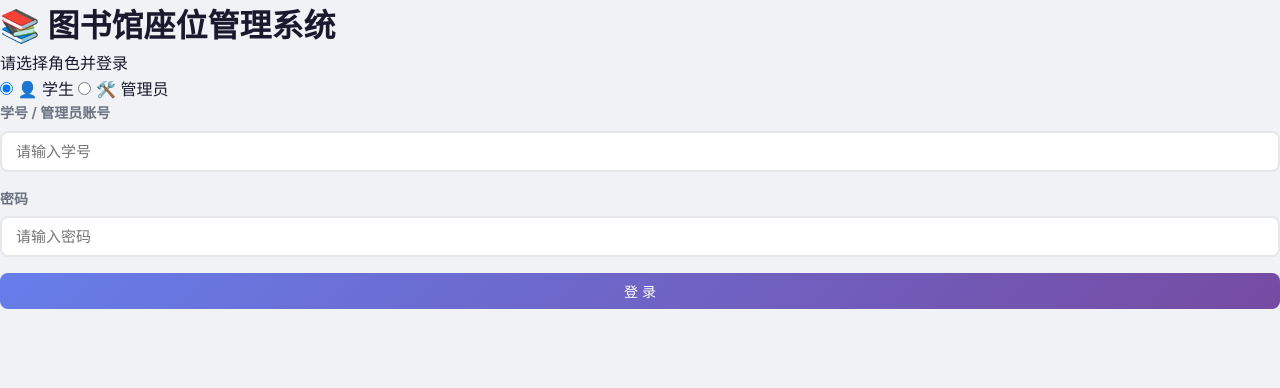
Repository: kinyono/library_seat_system
Page: index.html
The author's editor kept a copy of each file at every save. The page is drawn from the files as they stood at one save, then again after the next save.
The browser window is 1280 px wide. The pictures show the whole page.

Above is the page before, as saved 2026-09-24 10:31:19.

### index.html
<!DOCTYPE html>
<html lang="zh-CN">
<head>
    <meta charset="UTF-8">
    <meta name="viewport" content="width=device-width, initial-scale=1.0">
    <title>图书馆座位管理系统 - 登录</title>
    <link rel="stylesheet" href="css/style.css">
    <link rel="stylesheet" href="css/login.css">
</head>
<body>
    <div class="login-container">
        <div class="login-card">
            <div class="login-header">
                <h1>📚 图书馆座位管理系统</h1>
                <p>请选择角色并登录</p>
            </div>
            <form id="loginForm">
                <div class="role-selector">
                    <label class="role-option">
                        <input type="radio" name="role" value="student" checked>
                        <span>👤 学生</span>
                    </label>
                    <label class="role-option">
                        <input type="radio" name="role" value="admin">
                        <span>🛠️ 管理员</span>
                    </label>
                </div>
                <div class="form-group">
                    <label for="studentId">学号 / 管理员账号</label>
                    <input type="text" id="studentId" class="form-control" placeholder="请输入学号" required>
                </div>
                <div class="form-group">
                    <label for="password">密码</label>
                    <input type="password" id="password" class="form-control" placeholder="请输入密码" required>
                </div>
                <button type="submit" class="btn btn-primary btn-block">登 录</button>
            </form>
        </div>
    </div>
    <script src="js/app.js"></script>
</body>
</html>

### css/style.css
/* ===== Design Tokens ===== */
:root {
    --primary: #667eea;
    --secondary: #764ba2;
    --accent: #f093fb;
    --bg-light: #f0f2f5;
    --bg-white: #ffffff;
    --text-primary: #1a1a2e;
    --text-secondary: #6b7280;
    --border-color: #e5e7eb;
    --success: #22c55e;
    --warning: #f59e0b;
    --danger: #ef4444;
    --info: #3b82f6;
    --radius-sm: 8px;
    --radius-md: 12px;
    --radius-lg: 20px;
    --shadow-sm: 0 2px 8px rgba(0,0,0,0.06);
    --shadow-md: 0 8px 30px rgba(0,0,0,0.12);
    --shadow-lg: 0 20px 60px rgba(0,0,0,0.2);
    --transition: all 0.3s ease;
}

* {
    margin: 0;
    padding: 0;
    box-sizing: border-box;
}

body {
    font-family: -apple-system, BlinkMacSystemFont, 'Segoe UI', Roboto, 'Helvetica Neue', Arial, sans-serif;
    background: var(--bg-light);
    color: var(--text-primary);
    line-height: 1.6;
}

a {
    text-decoration: none;
    color: inherit;
}

/* ===== 通用按钮 ===== */
.btn {
    display: inline-block;
    padding: 8px 18px;
    border: none;
    border-radius: var(--radius-sm);
    cursor: pointer;
    font-size: 14px;
    font-weight: 500;
    transition: var(--transition);
    text-align: center;
}
.btn-primary {
    background: linear-gradient(135deg, var(--primary), var(--secondary));
    color: #fff;
}
.btn-primary:hover {
    transform: translateY(-2px);
    box-shadow: var(--shadow-md);
}
.btn-danger {
    background: var(--danger);
    color: #fff;
}
.btn-danger:hover {
    background: #dc2626;
}
.btn-success {
    background: var(--success);
    color: #fff;
}
.btn-success:hover {
    background: #16a34a;
}
.btn-warning {
    background: var(--warning);
    color: #fff;
}
.btn-warning:hover {
    background: #d97706;
}
.btn-info {
    background: var(--info);
    color: #fff;
}
.btn-info:hover {
    background: #2563eb;
}

/* ===== 表单 ===== */
.form-group {
    margin-bottom: 16px;
}
.form-group label {
    display: block;
    font-size: 14px;
    font-weight: 600;
    margin-bottom: 6px;
    color: var(--text-secondary);
}
.form-control {
    width: 100%;
    padding: 10px 14px;
    border: 2px solid var(--border-color);
    border-radius: var(--radius-sm);
    font-size: 15px;
    transition: var(--transition);
    outline: none;
    background: var(--bg-white);
}
.form-control:focus {
    border-color: var(--primary);
    box-shadow: 0 0 0 3px rgba(102,126,234,0.15);
}
select.form-control {
    appearance: auto;
}

### css/login.css
:root {
    --primary: #667eea;
    --secondary: #764ba2;
    --accent: #f093fb;
    --bg-light: #f0f2f5;
    --bg-white: #ffffff;
    --text-primary: #1a1a2e;
    --text-secondary: #6b7280;
    --border-color: #e5e7eb;
    --success: #22c55e;
    --warning: #f59e0b;
    --danger: #ef4444;
    --info: #3b82f6;
    --radius-sm: 8px;
    --radius-md: 12px;
    --radius-lg: 20px;
    --shadow-sm: 0 2px 8px rgba(0,0,0,0.06);
    --shadow-md: 0 8px 30px rgba(0,0,0,0.12);
    --shadow-lg: 0 20px 60px rgba(0,0,0,0.2);
    --transition: all 0.3s ease;
}

* { margin: 0; padding: 0; box-sizing: border-box; }
body { font-family: -apple-system, BlinkMacSystemFont, 'Segoe UI', Roboto, sans-serif; background: var(--bg-light); color: var(--text-primary); line-height: 1.6; }
a { text-decoration: none; color: inherit; }
.btn { display: inline-block; padding: 8px 18px; border: none; border-radius: var(--radius-sm); cursor: pointer; font-size: 14px; font-weight: 500; transition: var(--transition); text-align: center; }
.btn-primary { background: linear-gradient(135deg, var(--primary), var(--secondary)); color: #fff; }
.btn-primary:hover { transform: translateY(-2px); box-shadow: var(--shadow-md); }
.btn-danger { background: var(--danger); color: #fff; }
.btn-danger:hover { background: #dc2626; }
.btn-success { background: var(--success); color: #fff; }
.btn-success:hover { background: #16a34a; }
.btn-warning { background: var(--warning); color: #fff; }
.btn-warning:hover { background: #d97706; }
.btn-info { background: var(--info); color: #fff; }
.btn-info:hover { background: #2563eb; }
.btn-block { width: 100%; }
.form-group { margin-bottom: 16px; }
.form-group label { display: block; font-size: 14px; font-weight: 600; margin-bottom: 6px; color: var(--text-secondary); }
.form-control { width: 100%; padding: 10px 14px; border: 2px solid var(--border-color); border-radius: var(--radius-sm); font-size: 15px; transition: var(--transition); outline: none; background: var(--bg-white); }
.form-control:focus { border-color: var(--primary); box-shadow: 0 0 0 3px rgba(102,126,234,0.15); }
select.form-control { appearance: auto; }

### js/app.js
document.getElementById('loginForm').addEventListener('submit', function (e) {
  e.preventDefault();

  const role = document.querySelector('input[name="role"]:checked').value;
  const account = document.getElementById('studentId').value.trim();
  const password = document.getElementById('password').value.trim();

  if (!account || !password) {
    alert('请填写账号和密码');
    return;
  }

  // 管理员登录
  if (role === 'admin') {
    if (account === 'admin' && password === 'admin123') {
      const adminUser = {
        id: 0,
        name: '管理员',
        studentId: 'admin',
        credit: 100,
        banned: false,
        role: 'admin'
      };
      localStorage.setItem('currentUser', JSON.stringify(adminUser));
      window.location.href = 'admin.html';
    } else {
      alert('管理员账号或密码错误');
    }
    return;
  }

  // 学生登录
  let users = [];
  try { users = JSON.parse(localStorage.getItem('lib_users')) || []; } catch (_) { users = []; }
  let user = users.find(u => u.studentId === account);
  if (!user) {
    user = {
      id: Date.now(),
      name: '用户' + account.slice(-4),
      studentId: account,
      credit: 100,
      banned: false,
      role: 'student'
    };
    users.push(user);
    localStorage.setItem('lib_users', JSON.stringify(users));
  }
  if (user.banned) {
    alert('该账号已被封禁，请联系管理员');
    return;
  }

  localStorage.setItem('currentUser', JSON.stringify(user));
  window.location.href = 'pages/dashboard.html';
});

After the next save:
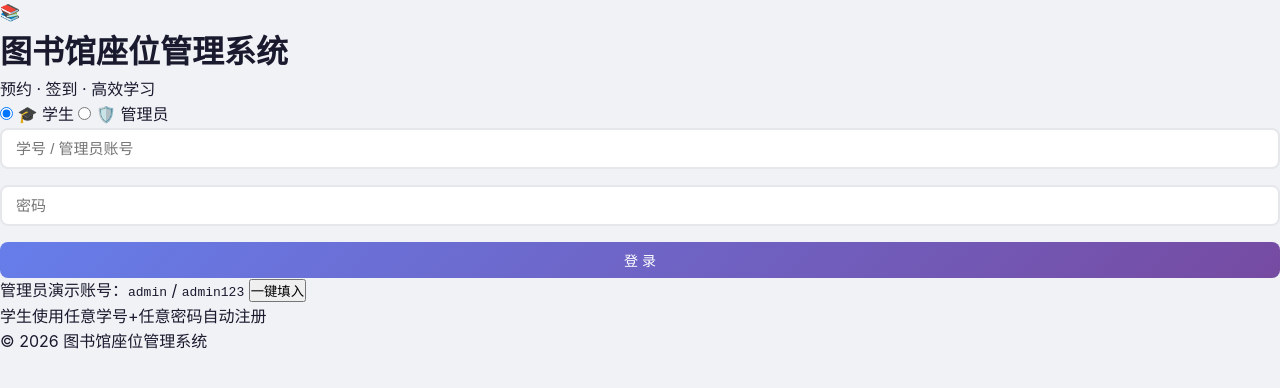
Saved 100 s later.
--- a/index.html
+++ b/index.html
@@ -3,40 +3,65 @@
 <head>
     <meta charset="UTF-8">
     <meta name="viewport" content="width=device-width, initial-scale=1.0">
-    <title>图书馆座位管理系统 - 登录</title>
+    <title>图书馆座位管理系统</title>
     <link rel="stylesheet" href="css/style.css">
     <link rel="stylesheet" href="css/login.css">
 </head>
 <body>
+    <div class="login-bg"></div>
     <div class="login-container">
         <div class="login-card">
-            <div class="login-header">
-                <h1>📚 图书馆座位管理系统</h1>
-                <p>请选择角色并登录</p>
+            <div class="login-brand">
+                <div class="brand-logo">📚</div>
+                <h1>图书馆座位管理系统</h1>
+                <div class="brand-sub">预约 · 签到 · 高效学习</div>
             </div>
-            <form id="loginForm">
-                <div class="role-selector">
-                    <label class="role-option">
-                        <input type="radio" name="role" value="student" checked>
-                        <span>👤 学生</span>
-                    </label>
-                    <label class="role-option">
-                        <input type="radio" name="role" value="admin">
-                        <span>🛠️ 管理员</span>
-                    </label>
+
+            <!-- 角色切换 -->
+            <div class="role-switch" id="roleSwitch">
+                <label class="role-option active" data-role="student">
+                    <input type="radio" name="role" value="student" checked>
+                    <span>🎓 学生</span>
+                </label>
+                <label class="role-option" data-role="admin">
+                    <input type="radio" name="role" value="admin">
+                    <span>🛡️ 管理员</span>
+                </label>
+            </div>
+
+            <!-- 错误提示 -->
+            <div class="login-error" id="loginError" style="display:none;"></div>
+
+            <!-- 登录表单 -->
+            <form id="loginForm" autocomplete="off">
+                <div class="form-group">
+                    <div class="input-wrap">
+                        <input type="text" id="username" class="form-control" placeholder="学号 / 管理员账号" required>
+                    </div>
                 </div>
                 <div class="form-group">
-                    <label for="studentId">学号 / 管理员账号</label>
-                    <input type="text" id="studentId" class="form-control" placeholder="请输入学号" required>
+                    <div class="input-wrap">
+                        <input type="password" id="password" class="form-control" placeholder="密码" required>
+                    </div>
                 </div>
-                <div class="form-group">
-                    <label for="password">密码</label>
-                    <input type="password" id="password" class="form-control" placeholder="请输入密码" required>
-                </div>
-                <button type="submit" class="btn btn-primary btn-block">登 录</button>
+                <button type="submit" class="btn btn-primary btn-block btn-login" id="loginBtn">
+                    登 录
+                </button>
             </form>
+
+            <!-- 演示提示 -->
+            <div class="demo-tip">
+                管理员演示账号：<code>admin</code> / <code>admin123</code>
+                <button class="demo-fill" onclick="fillDemo()">一键填入</button>
+            </div>
+
+            <div class="login-footer">
+                <div>学生使用任意学号+任意密码自动注册</div>
+                <div class="copyright">&copy; 2026 图书馆座位管理系统</div>
+            </div>
         </div>
     </div>
+
     <script src="js/app.js"></script>
 </body>
 </html>
